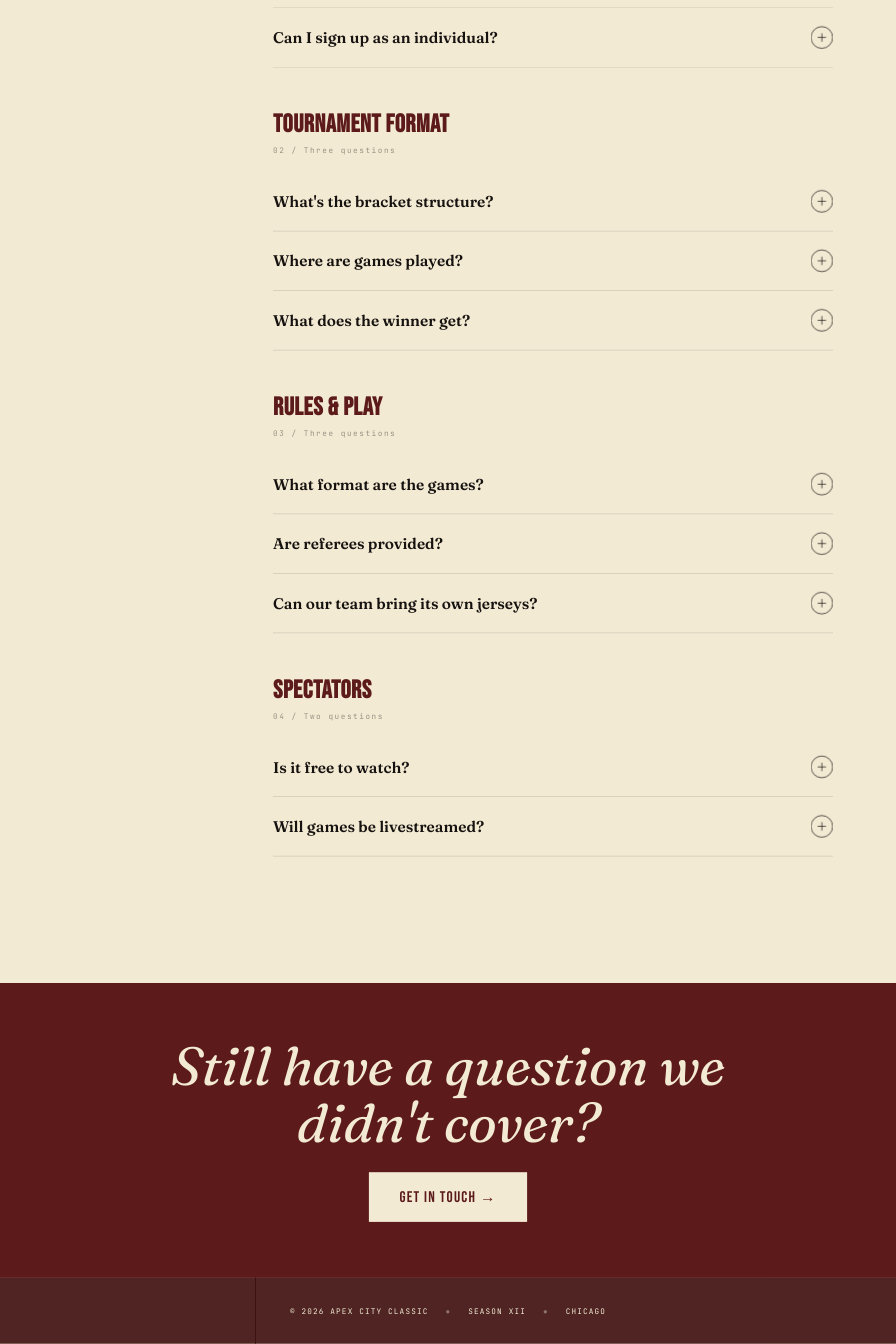
Repository: fakebrianho/lbd
Page: faq.html
The author's editor kept a copy of each file at every save. The page is drawn from the files as they stood at one save, then again after the next save.
The browser window is 1280 px wide. The pictures show the part of the page from y = 1101 to 3021 px (the page is 3021 px tall before and 2936 px after), at 70% of full size.

Above is the page before, as saved 2026-06-25 13:51:38.

### faq.html
<!DOCTYPE html>
<html lang="en">

<head>
  <meta charset="UTF-8">
  <meta name="viewport" content="width=device-width, initial-scale=1.0">
  <title>FAQ — Apex City Classic</title>
  <link rel="preconnect" href="https://fonts.googleapis.com">
  <link rel="preconnect" href="https://fonts.gstatic.com" crossorigin>
  <link
    href="https://fonts.googleapis.com/css2?family=Bebas+Neue&family=Fraunces:ital,opsz,wght@0,9..144,400;0,9..144,600;0,9..144,900;1,9..144,400&family=JetBrains+Mono:wght@400;500&display=swap"
    rel="stylesheet">
  <link rel="stylesheet" href="./src/faq.css">
</head>

<body>

  <nav class="nav">
    <div class="nav-logo">APEX<span>/</span>CITY</div>
    <ul class="nav-links">
      <li><a href="index.html">Home</a></li>
      <li><a href="gallery.html">Gallery</a></li>
      <li><a href="faq.html" class="active">FAQ</a></li>
      <li><a href="signup.html">Sign Up</a></li>
    </ul>
  </nav>

  <section class="page-header">
    <div class="page-header-inner">
      <div class="page-eyebrow">— Section 03 / Information</div>
      <h1 class="page-title">Frequently<br><em>asked.</em></h1>
      <p class="page-lead">Everything teams, sponsors, and spectators tend to want to know before showing up. Still
        stuck? Reach out — we read every message.</p>
    </div>
  </section>

  <section class="faq-section">
    <div class="faq-wrap">
      <aside class="faq-side">
        <h3>Categories</h3>
        <ul>
          <li><a href="#registration" class="active">Registration</a></li>
          <li><a href="#tournament">Tournament</a></li>
          <li><a href="#rules">Rules &amp; Play</a></li>
          <li><a href="#spectators">Spectators</a></li>
        </ul>
      </aside>

      <div class="faq-list">
        <div class="faq-category" id="registration">
          <h2>Registration</h2>
          <span class="cat-num">01 / Four questions</span>

          <div class="faq-item">
            <button class="faq-q">Who can sign up to play?<span class="faq-q-icon"></span></button>
            <div class="faq-a">
              <div class="faq-a-inner">
                <p>The tournament is invite only, with the goal of creating a space for Chinese Heritage Churches to
                  fellowship and evangelize. The tournament is for players aged 13 and older across basketball,
                  volleyball, pickleball, and table tennis. Roster sizes vary by sport — details are listed on the
                  sign-up page for each.
                  <br />
                  Mixed-gender teams are welcome in all sports. Currently rostered professional players are not eligible
                  in their sport; former pros may only compete in the highest division of their respective sport once
                  two full seasons have passed since their last contract.
                </p>
              </div>
            </div>
          </div>

          <div class="faq-item">
            <button class="faq-q">How much does it cost to enter?<span class="faq-q-icon"></span></button>
            <div class="faq-a">
              <div class="faq-a-inner">
                <p>Team entry is $250 flat, regardless of roster size. This covers court fees, referees, uniforms, and
                  post-tournament gear for every player on your roster.</p>
                <p>
                  Limited financial assistance is available — email us if cost is a barrier and we'll work something
                  out.
                </p>
              </div>
            </div>
          </div>

          <div class="faq-item">
            <button class="faq-q">When does registration close?<span class="faq-q-icon"></span></button>
            <div class="faq-a">
              <div class="faq-a-inner">
                <p>Registration closes at 11:59 PM on August 15, 2026. Spots within each division are first come, first
                  served, so don't wait.</p>
              </div>
            </div>
          </div>

          <div class="faq-item">
            <button class="faq-q">Can I sign up as an individual?<span class="faq-q-icon"></span></button>
            <div class="faq-a">
              <div class="faq-a-inner">
                <p>Currently only ping pong and pickleball accept individual sign-ups.
                </p>
              </div>
            </div>
          </div>
        </div>

        <div class="faq-category" id="tournament">
          <h2>Tournament Format</h2>
          <span class="cat-num">02 / Three questions</span>

          <div class="faq-item">
            <button class="faq-q">What's the bracket structure?<span class="faq-q-icon"></span></button>
            <div class="faq-a">
              <div class="faq-a-inner">
                <p>TBoth basketball and volleyball consist of pool play to determine seeding and single-elimination
                  playoffs.</p>
                <p>Pickleball and Ping Pong additionally offer recreational (non-competitive) play time as
                  well.</p>
              </div>
            </div>
          </div>

          <div class="faq-item">
            <button class="faq-q">Where are games played?<span class="faq-q-icon"></span></button>
            <div class="faq-a">
              <div class="faq-a-inner">
                <p>Basketball and volleyball play outdoors at Grant Park, Humboldt Park, and Garfield Park. Pickleball
                  and table tennis are held at nearby indoor facilities. Venue assignments are sent with your bracket
                  draw on July 1.</p>
              </div>
            </div>
          </div>

          <div class="faq-item">
            <button class="faq-q">What does the winner get?<span class="faq-q-icon"></span></button>
            <div class="faq-a">
              <div class="faq-a-inner">
                <p>Each sport crowns its own champions across open and veterans divisions. Prizes and awards vary by
                  bracket — full details are shared when registration closes.</p>
              </div>
            </div>
          </div>
        </div>

        <div class="faq-category" id="rules">
          <h2>Rules &amp; Play</h2>
          <span class="cat-num">03 / Three questions</span>

          <div class="faq-item">
            <button class="faq-q">What format are the games?<span class="faq-q-icon"></span></button>
            <div class="faq-a">
              <div class="faq-a-inner">
                <p>Rules vary by sport. Basketball is full-court 5-on-5 with running-clock halves. Volleyball follows
                  standard rally scoring. Pickleball and table tennis use best-of-three match formats. Full rule sheets
                  for each sport are published before the tournament.</p>
              </div>
            </div>
          </div>

          <div class="faq-item">
            <button class="faq-q">Are referees provided?<span class="faq-q-icon"></span></button>
            <div class="faq-a">
              <div class="faq-a-inner">
                <p>Certified officials are provided for every game, paid by the tournament. Basketball and volleyball
                  games have referees; pickleball and table tennis matches have designated judges.</p>
              </div>
            </div>
          </div>

          <div class="faq-item">
            <button class="faq-q">Can our team bring its own jerseys?<span class="faq-q-icon"></span></button>
            <div class="faq-a">
              <div class="faq-a-inner">
                <p>Tournament-issued gear is required for all games and is included in your entry fee. You'll be
                  assigned colors when your team is confirmed. Sponsor patches up to four inches are allowed.</p>
              </div>
            </div>
          </div>
        </div>

        <div class="faq-category" id="spectators">
          <h2>Spectators</h2>
          <span class="cat-num">04 / Two questions</span>

          <div class="faq-item">
            <button class="faq-q">Is it free to watch?<span class="faq-q-icon"></span></button>
            <div class="faq-a">
              <div class="faq-a-inner">
                <p>All outdoor games are free and open to the public. Indoor pickleball and table tennis finals may
                  require tickets — details posted closer to the event.</p>
              </div>
            </div>
          </div>

          <div class="faq-item">
            <button class="faq-q">Will games be livestreamed?<span class="faq-q-icon"></span></button>
            <div class="faq-a">
              <div class="faq-a-inner">
                <p>Yes — all games stream free on our YouTube channel, with multi-camera production from the
                  quarterfinals on. Semifinals and championship finals simulcast on a local sports network.</p>
              </div>
            </div>
          </div>
        </div>
      </div>
    </div>
  </section>

  <section class="cta-strip">
    <h2>Still have a question we didn't cover?</h2>
    <a href="signup.html" class="btn-primary">Get in Touch →</a>
  </section>

  <footer class="footer">
    © 2026 APEX CITY CLASSIC <span class="footer-sep">●</span> SEASON XII <span class="footer-sep">●</span> CHICAGO
  </footer>

  <script>
    // FAQ accordion
    const items = document.querySelectorAll('.faq-item');
    items.forEach(item => {
      const q = item.querySelector('.faq-q');
      const a = item.querySelector('.faq-a');
      q.addEventListener('click', () => {
        const isOpen = item.classList.contains('open');
        items.forEach(i => {
          i.classList.remove('open');
          i.querySelector('.faq-a').style.maxHeight = null;
        });
        if (!isOpen) {
          item.classList.add('open');
          a.style.maxHeight = a.scrollHeight + 'px';
        }
      });
    });

    // Active section highlight in sidebar
    const sideLinks = document.querySelectorAll('.faq-side a');
    const cats = document.querySelectorAll('.faq-category');
    window.addEventListener('scroll', () => {
      let current = '';
      cats.forEach(c => {
        const rect = c.getBoundingClientRect();
        if (rect.top < 200) current = c.id;
      });
      sideLinks.forEach(l => {
        l.classList.toggle('active', l.getAttribute('href') === '#' + current);
      });
    });
  </script>

</body>

</html>

### src/faq.css
:root {
  --oxblood: #5c1a1b;
  --oxblood-deep: #3d0f10;
  --cream: #f3ead3;
  --cream-warm: #ebe0c2;
  --ink: #161210;
  --rust: #c8442a;
  --gold: #d4a946;
}
* { margin: 0; padding: 0; box-sizing: border-box; }
html { scroll-behavior: smooth; }
body {
  background: var(--cream);
  color: var(--ink);
  font-family: 'Fraunces', serif;
  overflow-x: hidden;
  -webkit-font-smoothing: antialiased;
}

.nav {
  position: fixed;
  top: 0; left: 0; right: 0;
  z-index: 100;
  padding: 18px 40px;
  display: flex;
  justify-content: space-between;
  align-items: center;
  background: rgba(243,234,211,0.85);
  backdrop-filter: blur(12px);
  border-bottom: 1px solid rgba(22,18,16,0.08);
}
.nav-logo {
  font-family: 'Bebas Neue', sans-serif;
  font-size: 22px;
  letter-spacing: 0.08em;
}
.nav-logo span { color: var(--rust); }
.nav-links {
  display: flex;
  gap: 32px;
  list-style: none;
  font-family: 'JetBrains Mono', monospace;
  font-size: 12px;
  text-transform: uppercase;
  letter-spacing: 0.1em;
}
.nav-links a {
  color: var(--ink);
  text-decoration: none;
  position: relative;
  padding-bottom: 4px;
}
.nav-links a.active { color: var(--rust); }
.nav-links a::after {
  content: '';
  position: absolute;
  bottom: 0; left: 0;
  width: 0; height: 1px;
  background: currentColor;
  transition: width 0.4s ease;
}
.nav-links a:hover::after,
.nav-links a.active::after { width: 100%; }

/* === PAGE HEADER === */
.page-header {
  padding: 180px 40px 80px;
  background: var(--cream);
  position: relative;
  border-bottom: 1px solid rgba(22,18,16,0.1);
  overflow: hidden;
}
.page-header::before {
  content: '?';
  position: absolute;
  top: 60px;
  right: -40px;
  font-family: 'Fraunces', serif;
  font-style: italic;
  font-weight: 900;
  font-size: 600px;
  line-height: 1;
  color: var(--oxblood);
  opacity: 0.08;
}
.page-header-inner {
  max-width: 1400px;
  margin: 0 auto;
  position: relative;
  z-index: 2;
}
.page-eyebrow {
  font-family: 'JetBrains Mono', monospace;
  font-size: 11px;
  letter-spacing: 0.2em;
  text-transform: uppercase;
  color: var(--rust);
  margin-bottom: 24px;
}
.page-title {
  font-family: 'Bebas Neue', sans-serif;
  font-size: clamp(80px, 12vw, 200px);
  line-height: 0.85;
  letter-spacing: -0.02em;
  margin-bottom: 30px;
}
.page-title em {
  font-family: 'Fraunces', serif;
  font-style: italic;
  font-weight: 400;
  color: var(--oxblood);
  letter-spacing: -0.03em;
}
.page-lead {
  font-size: 20px;
  line-height: 1.5;
  max-width: 600px;
  opacity: 0.75;
}

/* === FAQ === */
.faq-section {
  padding: 80px 40px 120px;
  background: var(--cream);
}
.faq-wrap {
  max-width: 1100px;
  margin: 0 auto;
  display: grid;
  grid-template-columns: 220px 1fr;
  gap: 80px;
}

.faq-side {
  position: sticky;
  top: 120px;
  align-self: start;
}
.faq-side h3 {
  font-family: 'JetBrains Mono', monospace;
  font-size: 11px;
  letter-spacing: 0.2em;
  text-transform: uppercase;
  margin-bottom: 20px;
  opacity: 0.6;
}
.faq-side ul {
  list-style: none;
  display: flex;
  flex-direction: column;
  gap: 14px;
}
.faq-side a {
  font-family: 'Bebas Neue', sans-serif;
  font-size: 18px;
  letter-spacing: 0.05em;
  color: var(--ink);
  text-decoration: none;
  opacity: 0.5;
  transition: opacity 0.3s, padding-left 0.3s;
  display: block;
}
.faq-side a:hover, .faq-side a.active {
  opacity: 1;
  padding-left: 8px;
  color: var(--oxblood);
}

.faq-list {
  display: flex;
  flex-direction: column;
}

.faq-category {
  margin-bottom: 60px;
}
.faq-category h2 {
  font-family: 'Bebas Neue', sans-serif;
  font-size: 36px;
  letter-spacing: 0.02em;
  margin-bottom: 8px;
  color: var(--oxblood);
}
.faq-category .cat-num {
  font-family: 'JetBrains Mono', monospace;
  font-size: 11px;
  letter-spacing: 0.2em;
  opacity: 0.4;
  margin-bottom: 24px;
  display: block;
}

.faq-item {
  border-bottom: 1px solid rgba(22,18,16,0.15);
}
.faq-item:first-child { border-top: 1px solid rgba(22,18,16,0.15); }
.faq-q {
  width: 100%;
  background: none;
  border: none;
  padding: 26px 0;
  display: flex;
  justify-content: space-between;
  align-items: center;
  gap: 30px;
  cursor: pointer;
  text-align: left;
  font-family: 'Fraunces', serif;
  font-size: 22px;
  font-weight: 600;
  color: var(--ink);
  transition: color 0.3s;
}
.faq-q:hover { color: var(--oxblood); }
.faq-q-icon {
  width: 32px;
  height: 32px;
  flex-shrink: 0;
  border: 1px solid var(--ink);
  border-radius: 50%;
  position: relative;
  transition: transform 0.4s ease, background 0.3s;
}
.faq-q-icon::before,
.faq-q-icon::after {
  content: '';
  position: absolute;
  top: 50%; left: 50%;
  background: currentColor;
  transition: opacity 0.3s, transform 0.4s;
}
.faq-q-icon::before {
  width: 12px; height: 1px;
  transform: translate(-50%, -50%);
}
.faq-q-icon::after {
  width: 1px; height: 12px;
  transform: translate(-50%, -50%);
}
.faq-item.open .faq-q-icon {
  background: var(--oxblood);
  color: var(--cream);
  border-color: var(--oxblood);
  transform: rotate(135deg);
}
.faq-item.open .faq-q-icon::after { opacity: 0; }

.faq-a {
  max-height: 0;
  overflow: hidden;
  transition: max-height 0.5s ease;
}
.faq-a-inner {
  padding: 0 0 30px;
  max-width: 720px;
  font-size: 17px;
  line-height: 1.65;
  opacity: 0.8;
}
.faq-a-inner p { margin-bottom: 12px; }
.faq-a-inner p:last-child { margin-bottom: 0; }

/* === CTA STRIP === */
.cta-strip {
  background: var(--oxblood);
  color: var(--cream);
  padding: 80px 40px;
  text-align: center;
  position: relative;
  overflow: hidden;
}
.cta-strip h2 {
  font-family: 'Fraunces', serif;
  font-style: italic;
  font-weight: 400;
  font-size: clamp(40px, 6vw, 80px);
  line-height: 1.05;
  margin-bottom: 30px;
  max-width: 900px;
  margin-left: auto;
  margin-right: auto;
}
.btn-primary {
  background: var(--cream);
  color: var(--oxblood);
  padding: 22px 44px;
  font-family: 'Bebas Neue', sans-serif;
  font-size: 22px;
  letter-spacing: 0.08em;
  text-decoration: none;
  display: inline-block;
  transition: all 0.3s ease;
}
.btn-primary:hover {
  background: var(--gold);
  transform: translate(-3px, -3px);
  box-shadow: 6px 6px 0 var(--oxblood-deep);
}

/* === FOOTER (compact) === */
.footer {
  background: var(--oxblood-deep);
  color: var(--cream);
  padding: 40px;
  text-align: center;
  font-family: 'JetBrains Mono', monospace;
  font-size: 11px;
  letter-spacing: 0.15em;
  text-transform: uppercase;
  opacity: 0.9;
}

@media (max-width: 900px) {
  .faq-wrap { grid-template-columns: 1fr; gap: 40px; }
  .faq-side { position: static; }
  .faq-side ul { flex-direction: row; flex-wrap: wrap; gap: 16px; }
  .nav { padding: 14px 24px; }
  .nav-links { gap: 16px; font-size: 10px; }
  .page-header, .faq-section, .cta-strip { padding-left: 24px; padding-right: 24px; }
  .faq-q { font-size: 17px; }
}

.footer-sep {
  margin: 0 16px;
  opacity: 0.4;
}

After the next save:
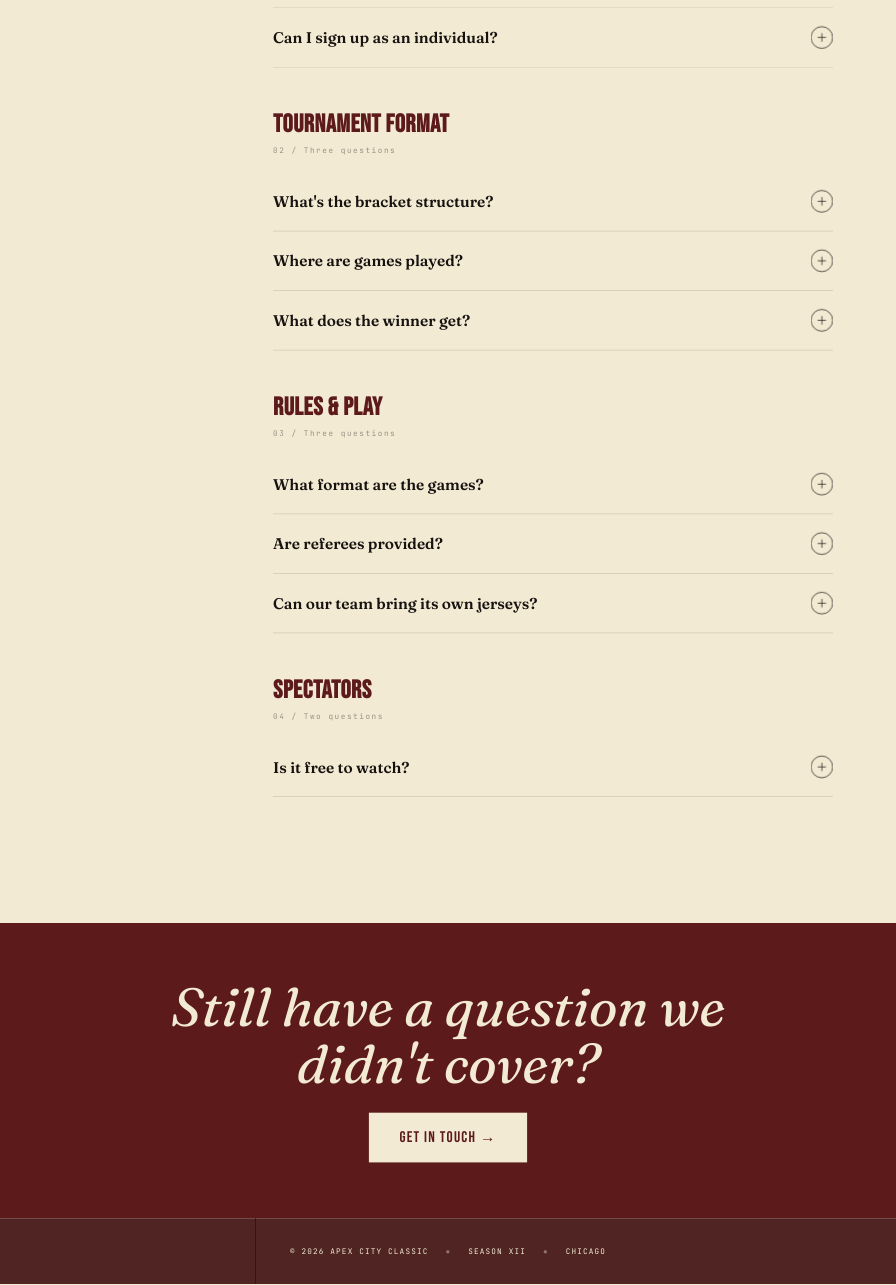
Saved 57 s later.
--- a/faq.html
+++ b/faq.html
@@ -191,15 +191,7 @@
             </div>
           </div>
 
-          <div class="faq-item">
-            <button class="faq-q">Will games be livestreamed?<span class="faq-q-icon"></span></button>
-            <div class="faq-a">
-              <div class="faq-a-inner">
-                <p>Yes — all games stream free on our YouTube channel, with multi-camera production from the
-                  quarterfinals on. Semifinals and championship finals simulcast on a local sports network.</p>
-              </div>
-            </div>
-          </div>
+
         </div>
       </div>
     </div>
